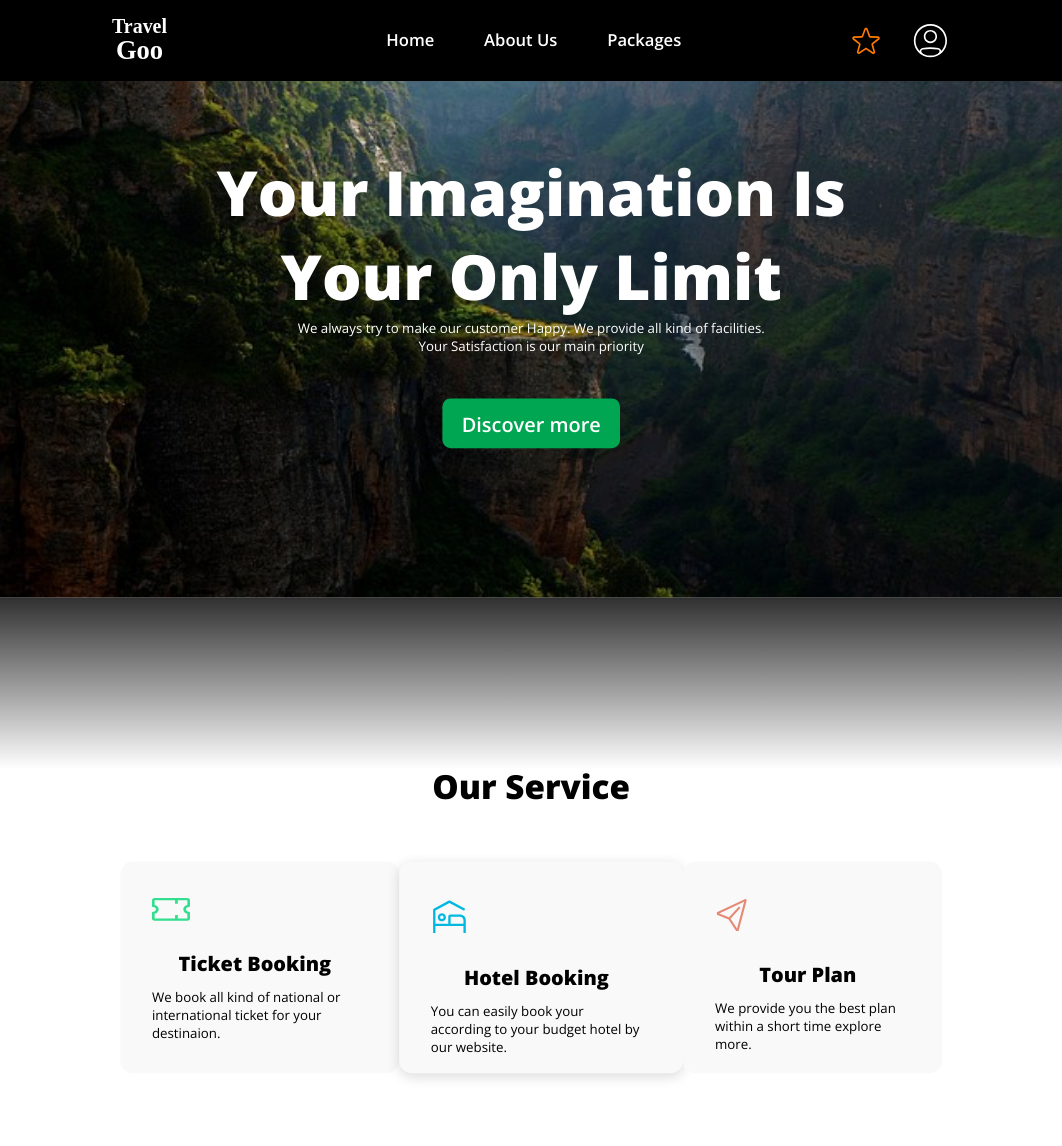
Repository: simralgasimov/back-project
Page: index.html
An editor plug-in stored every save of this project. The page is shown before and after a run of saves, followed by the edit.
The browser window is 1280 px wide. The pictures show the whole page, at 83% of full size.
Some web fonts or font styles are not loaded; a fallback is used.

Above is the page before, as saved 2023-09-27 14:00:19.

### index.html
<!DOCTYPE html>
<html lang="en">
  <head>
    <meta charset="UTF-8" />
    <meta name="viewport" content="width=device-width, initial-scale=1.0" />
    <title>Document</title>
    <link rel="stylesheet" href="./index.css" />
  </head>
  <body>
    <div class="container">
      <div class="container-1">
        <div class="navbar">
          <a href="#">
            <p class="logo">
              Travel
              <span> Goo </span>
            </p>
          </a>

          <div class="menu">
            <ul>
              <li>Home</li>
              <li>About Us</li>
              <li>Packages</li>
            </ul>
          </div>
          <div class="icon">
            <img src="./clarity_favorite-line.svg" alt="" />
            <img src="./healthicons_ui-user-profile-outline.svg" alt="" />
          </div>
        </div>
        <main>
          <h1>Your Imagination Is Your Only Limit</h1>
          <p>
            We always try to make our customer Happy. We provide all kind of
            facilities. Your Satisfaction is our main priority
          </p>
          <button>
            <a href="#">Discover more</a>
          </button>
        </main>
      </div>
      <div class="container-2">
        <h2>Our Service</h2>
        <div class="services">
          <div class="ticket list">
            <img src="./Vector.svg" alt="" />
            <h1>Ticket Booking</h1>
            <p>
              We book all kind of national or international ticket for your
              destinaion.
            </p>
          </div>
          <div class="hotel list">
            <img src="./carbon_hotel.svg" alt="" />
            <h1>Hotel Booking</h1>
            <p>
              You can easily book your according to your budget hotel by our
              website.
            </p>
          </div>
          <div class="tour list">
            <img src="./cil_paper-plane.svg" alt="" />
            <h1>Tour Plan</h1>
            <p>
              We provide you the best plan within a short time explore more.
            </p>
          </div>
        </div>
      </div>
    </div>
  </body>
</html>

### index.css
@import url("https://fonts.googleapis.com/css2?family=Laila:wght@400;600;700&family=Open+Sans:wght@400;600;800&display=swap");
* {
  padding: 0;
  margin: 0;
  box-sizing: border-box;
}

.container {
  min-height: 100vh;
  width: 100%;
}
a {
  text-decoration: none;
}
.container .navbar {
  width: 100%;
  padding: 20px 135px;
  display: flex;
  justify-content: space-between;
  align-items: center;
  position: fixed;
  top: 0;
  background-color: black;
}
.container-1 {
  min-height: 100vh;
  display: flex;
  flex-direction: column;
  align-items: center;
  justify-content: center;
  background-image: url("./canyon-1740973_640.jpg");
  background-repeat: no-repeat;
  background-size: 100% 100%;
}
.container .navbar .logo {
  color: #fff;
  text-align: center;
  font-family: Laila;
  font-size: 24px;
  font-style: normal;
  font-weight: 700;
  line-height: 102.5%;
}
.container .navbar .logo span {
  display: block;
  color: #fff;
  font-family: Laila;
  font-size: 32px;
  font-style: normal;
  font-weight: 700;
  line-height: 102.5%;
}

.container .navbar .menu ul {
  list-style-type: none;
  display: flex;
}

.container .navbar .menu ul li {
  color: #fff;
  font-family: Open Sans;
  font-size: 20px;
  font-style: normal;
  font-weight: 600;
  line-height: normal;
  justify-content: space-between;
  margin-left: 60px;
}

.container .navbar .icon {
  display: flex;
  justify-content: space-between;
  align-items: center;
}

.container .navbar .icon img:first-child {
  margin-right: 36px;
  width: 36px;
  height: 36px;
}
.container .navbar .icon img:last-child {
  width: 48px;
  height: 48px;
}

.container .box {
  display: flex;
  justify-content: center;
  text-align: center;
}
.container .container-1 h1 {
  width: 779px;
  color: #fff;
  text-align: center;
  font-family: Open Sans;
  font-size: 75px;
  font-style: normal;
  font-weight: 800;
  line-height: normal;
}

.container .text-box {
  margin-top: 57px;
  display: flex;
  justify-content: center;
  text-align: center;
}
.container .container-1 main p {
  width: 568px;
  color: #fff;
  text-align: center;
  font-family: Open Sans;
  font-size: 16px;
  font-style: normal;
  font-weight: 400;
  line-height: normal;
}

.container .container-1 button {
  border: none;
  width: 214px;
  height: 60px;
  border-radius: 10px;
  background: #00a651;
  display: flex;
  justify-content: center;
  align-items: center;
  margin-top: 52px;
}

.container button a {
  text-decoration: none;
  color: #fff;
  text-align: center;
  font-family: Open Sans;
  font-size: 24px;
  font-style: normal;
  font-weight: 600;
  line-height: normal;
}

.container-2 {
  padding: 200px 145px 88px 145px;
  background: linear-gradient(
    180deg,
    rgba(0, 0, 0, 0.81) 0%,
    rgba(72, 72, 72, 0) 31.25%,
    rgba(158, 158, 158, 0) 77.6%,
    #fff 85.42%
  );
}

.container-2 h2 {
  margin-bottom: 63px;
  color: #000;
  text-align: center;
  font-family: Open Sans;
  font-size: 40px;
  font-style: normal;
  font-weight: 700;
  line-height: normal;
}

.container-2 .services {
  display: flex;
  justify-content: space-between;
}

.container-2 .services .list {
  padding: 44px 50px 20px 38px;
  border-radius: 15px;
  background: #f9f9f9;
}

.container-2 .services .list h1 {
  margin-top: 30px;
  margin-bottom: 13px;
  color: #000;
  text-align: center;
  font-family: Open Sans;
  font-size: 24px;
  font-style: normal;
  font-weight: 700;
  line-height: normal;
}

.container-2 .services .list p {
  color: #000;
  font-family: Open Sans;
  font-size: 16px;
  font-style: normal;
  font-weight: 400;
  line-height: normal;
}

.container-2 .services .hotel {
  box-shadow: 0px 4px 16px 0px rgba(0, 0, 0, 0.15);
}

.container .container-1 main {
  display: flex;
  flex-direction: column;
  align-items: center;
}

After the next 2 saves:
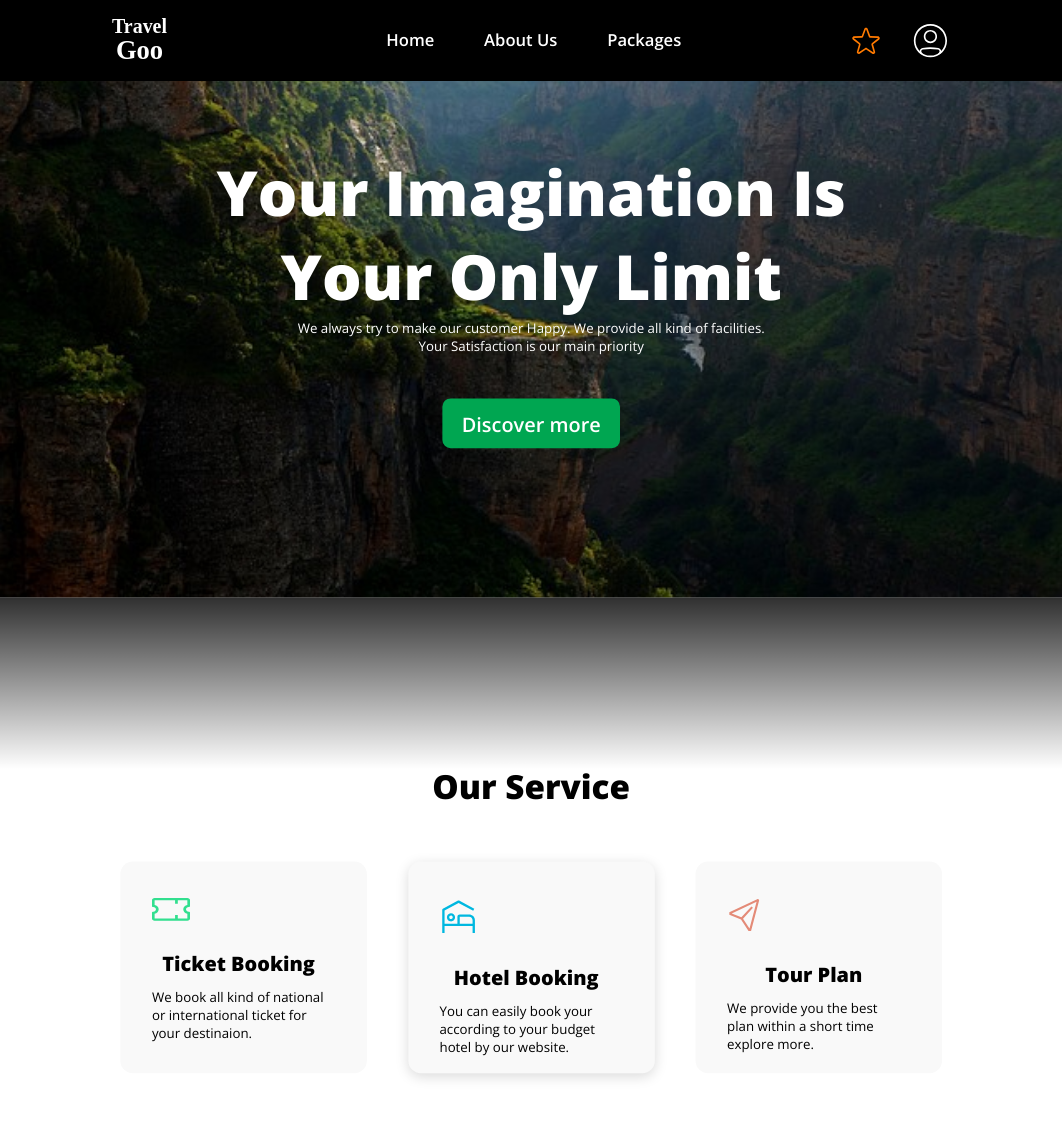
The 2 saves are shown as one change because they came seconds apart.
The last was saved 2 min 58 s later.
--- a/index.css
+++ b/index.css
@@ -167,6 +167,7 @@ a {
 }
 
 .container-2 .services .list {
+  width: 30%;
   padding: 44px 50px 20px 38px;
   border-radius: 15px;
   background: #f9f9f9;
